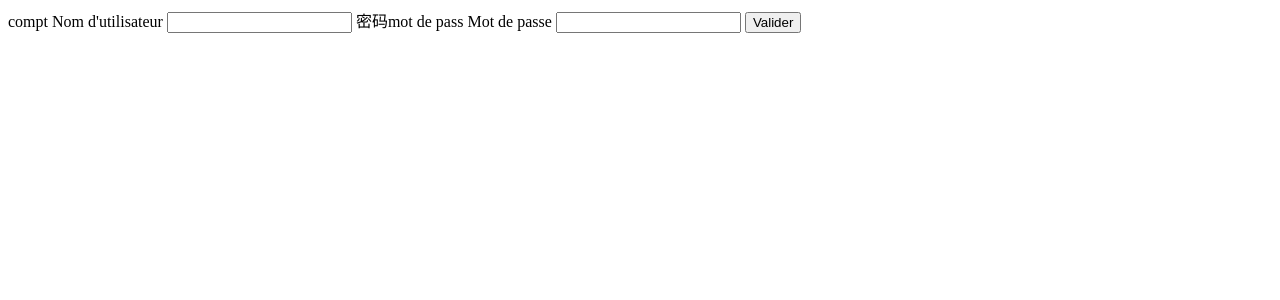
Repository: clairedupuich/serv_drone
Page: http://localhost/test.php
The author's editor kept a copy of each file at every save. The page is drawn from the files as they stood at one save, then again after the next save.
The browser window is 1280 px wide. The pictures show the whole page.
The page is run by PHP 8.4 with error messages shown; the project is at /var/www/html/.

Above is the page before, as saved 2021-06-01 19:12:19.

After the next save:
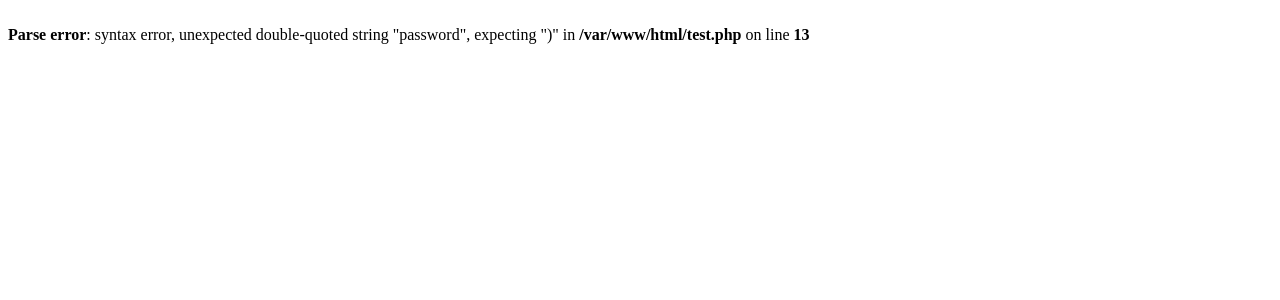
Saved 4 min 4 s later.
--- a/test.php
+++ b/test.php
@@ -10,8 +10,10 @@
     <?php
     require_once("pdo.php");
 
-    if(isset($_POST["username"])) {
+    if(isset($_POST["username"], $_POST"password"]) && !empty($_POST["username"])!empty($_POST["username"])) {
          echo "bonjour".$_POST["username"];
+    } else {
+        echo "entrer un nom";
     }
 
     ?>
